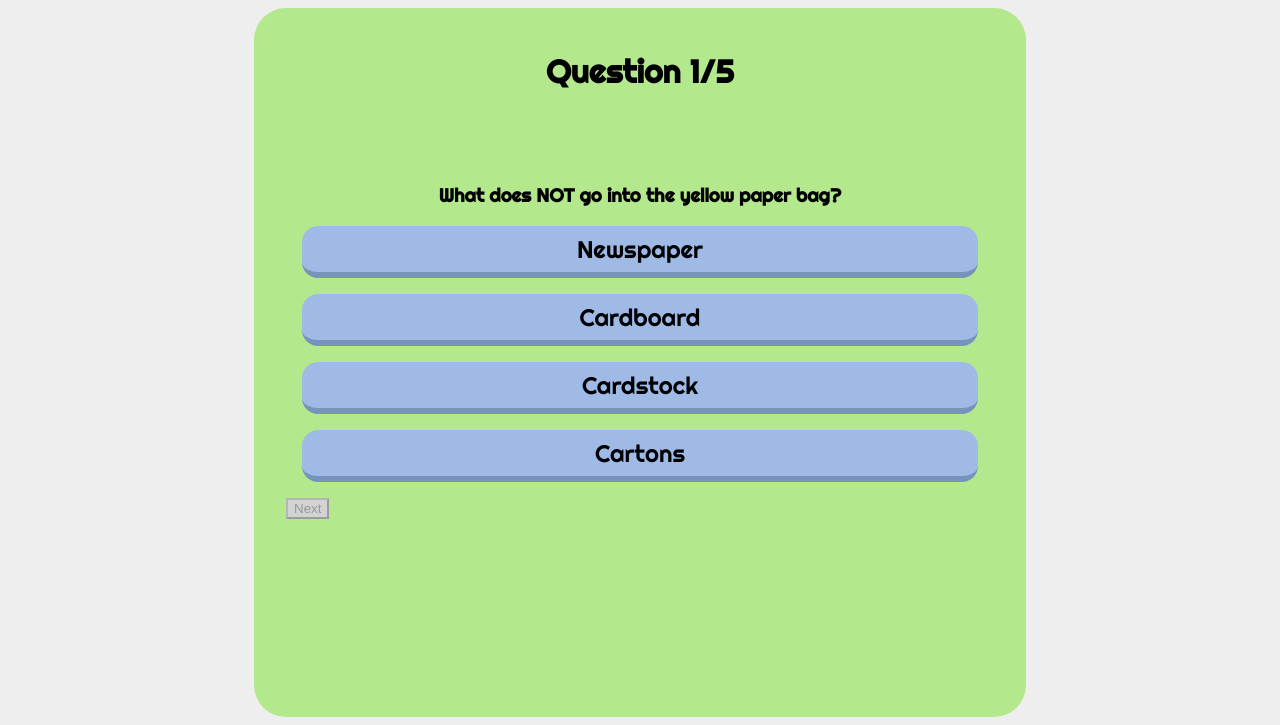
Repository: alemunden/Trash-Scavengers
Page: /quiz
An editor plug-in stored every save of this project. The page is shown before and after a run of saves, followed by the edit.
The browser window is 1280 px wide. The pictures show the whole page.
The project was rebuilt for these pictures with package versions that can differ from the ones it lists, and the page was loaded fresh each time. The framework's server and built-in components were replaced by stand-ins that run in the browser. Also part of the build but not shown: next.config.mjs.

Above is the page before, as saved 2024-04-07 20:38:23.

After the next 3 saves:
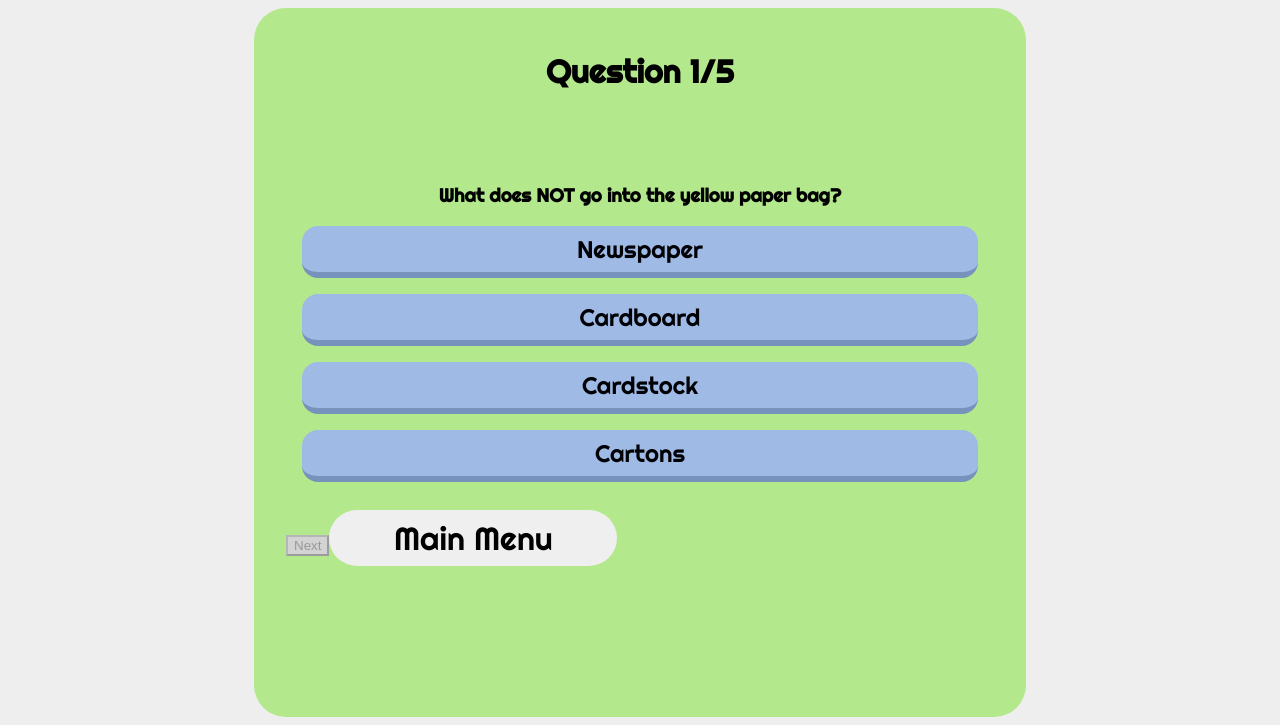
The 3 saves are shown as one change because 2 did not build or start.
The last was saved 2 min 3 s later.
--- a/pages/quiz.js
+++ b/pages/quiz.js
@@ -1,5 +1,6 @@
 import Link from 'next/link'
 import styles from '@/styles/quiz.module.css'
+import Button from '@/components/Button'
 import { useState } from 'react'
 import { quiz } from '@/data/data'
 
@@ -77,6 +78,9 @@ export default function Quiz() {
                         </li>
                     ))}
                     {checked ? (<button onClick={nextQuestion} className={styles.btn}>{activeQuestion === question.length - 1 ? 'Finish' : 'Next'}</button>) : (<button onClick={nextQuestion} disabled className={styles.btnDisabled}>{''}{activeQuestion === question.length - 1 ? 'Finish' : 'Next'}</button>)}
+                    <Link>
+                        <Button buttonText={'Main Menu'} bgColor=""/>
+                    </Link>
                 </div>) : (
                 <div className={styles.quizContainer}>
                     <h3>Results</h3>
